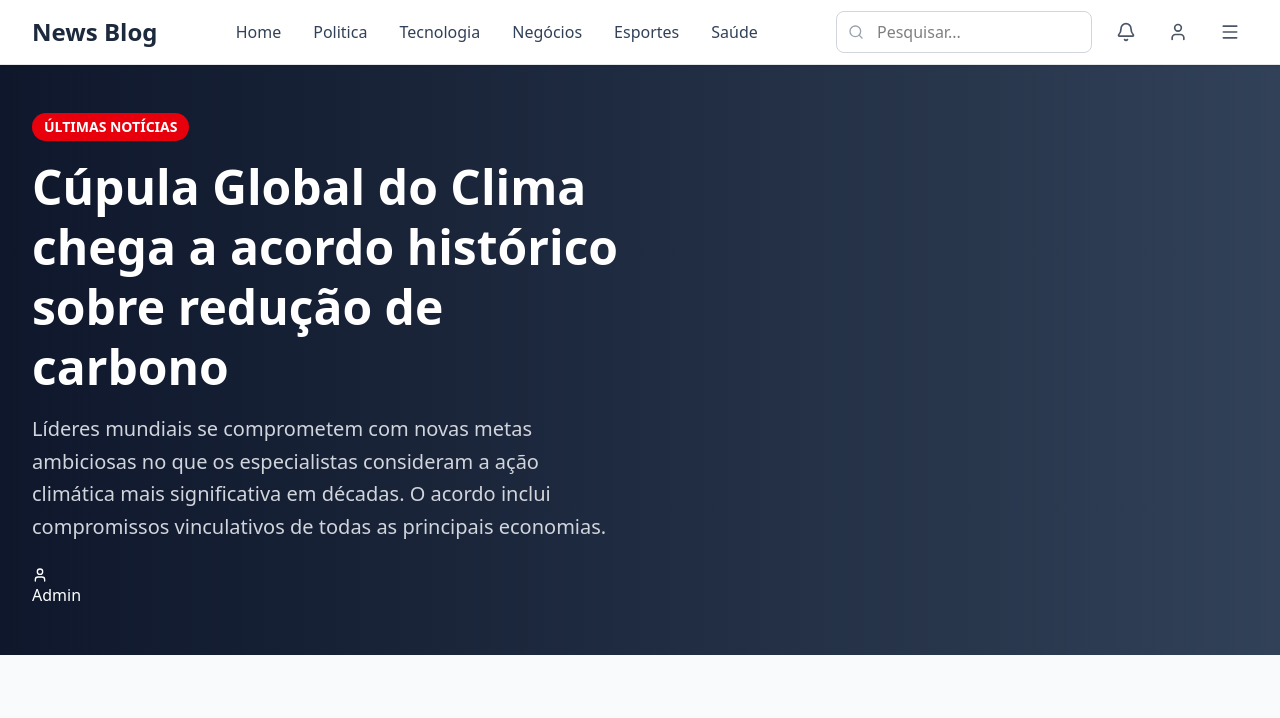
Repository: estevam02009/news-blog
Page: /
These files come from the project's save history. The page is drawn as it stood at one moment and after the next save; the edit follows.
The browser window is 1280 px wide. The pictures show the whole page.
The project was rebuilt for these pictures with package versions that can differ from the ones it lists, and the page was loaded fresh each time. Also part of the build but not shown: vite.config.ts.

Above is the page before, as saved 2025-08-08 18:35:07.

### index.html
<!doctype html>
<html lang="pt-BR">
  <head>
    <meta charset="UTF-8" />
    <link rel="icon" type="image/svg+xml" href="/vite.svg" />
    <meta name="viewport" content="width=device-width, initial-scale=1.0" />
    <title>News Blog</title>
  </head>
  <body>
    <div id="root"></div>
    <script type="module" src="/src/main.tsx"></script>
  </body>
</html>

### src/App.tsx
import Header from "./components/Header"
import Hero from "./components/Hero"

function App() {

  return (
    <div className="min-h-screen bg-gray-50">
      <Header />
      <Hero />
    </div>
  )
}

export default App

### src/components/Header.tsx
import React from 'react'
import { Search, Menu, Bell, User } from 'lucide-react'

const Header: React.FC = () => {
    return (
        <header className='bg-white shadow-sm border-b border-gray-200 sticky top-0 z-50'>
            <div className='max-w-7xl mx-auto px-4 sm:px-6 lg:px-8'>
                <div className='flex items-center justify-between h-16'>
                    {/* LOGO */}
                    <div className='flex items-center'>
                        <h1 className='text-2xl font-bold text-slate-800'>News Blog</h1>
                    </div>

                    {/* Desktop Navigation */}
                    <nav className='hidden md:flex items-center space-x-8'>
                        <a href='/' className='text-slate-700 hover:text-blue-600 font-medium transition-colors'>Home</a>
                        <a href='#' className='text-slate-700 hover:text-blue-600 font-medium transition-colors'>Politica</a>
                        <a href='#' className='text-slate-700 hover:text-blue-600 font-medium transition-colors'>Tecnologia</a>
                        <a href='#' className='text-slate-700 hover:text-blue-600 font-medium transition-colors'>Negócios</a>
                        <a href='#' className='text-slate-700 hover:text-blue-600 font-medium transition-colors'>Esportes</a>
                        <a href='#' className='text-slate-700 hover:text-blue-600 font-medium transition-colors'>Saúde</a>
                    </nav>

                    {/* Pesquisa e Ações */}
                    <div className='flex items-center space-x-4'>
                        <div className='relative hidden sm:block'>
                            <Search className='absolute top-1/2 left-3 transform -translate-y-1/2  h-4 w-4 text-gray-400' />
                            <input
                                type='text'
                                placeholder='Pesquisar...'
                                className='pl-10 pr-4 py-2 border border-gray-300 rounded-lg focus:ring-2 focus:ring-blue-500 focus:border-transparent w-64'
                            />
                        </div>
                        <button className='p-2 text-gray-600 hover:text-blue-600 transition-colors'>
                            <Bell className='h-5 w-5' />
                        </button>
                        <button className='p-2 text-gray-600 hover:text-blue-600 transition-colors'>
                            <User className='h-5 w-5' />
                        </button>
                        <button className='p-2 text-gray-600 hover:text-blue-600 transition-colors'>
                            <Menu className='h-5 w-5' />
                        </button>
                    </div>
                </div>
            </div>
        </header>
    )
}

export default Header

### src/components/Hero.tsx
import { User } from "lucide-react";
import React from "react";
// import { Clock, User } from "lucide-react";

const Hero: React.FC = () => {
    return (
        <section className="bg-gradient-to-r from-slate-900 to-slate-700 text-white py-12">
            <div className="max-w-7xl mx-auto px-4 sm:px-6 lg:px-8">
                <div className="grid grid-cols-1 lg:grid-cols-2 gap-8 items-center">
                    <div>
                        <span className="inline-block bg-red-600 text-white px-3 py-1 text-sm font-semibold rounded-full mb-4">
                            ÚLTIMAS NOTÍCIAS
                        </span>
                        <h1 className="text-4xl lg:text-5xl font-bold mb-4 leading-tight">
                            Cúpula Global do Clima chega a acordo histórico sobre redução de carbono
                        </h1>
                        <p className="text-xl text-gray-300 mb-6 leading-relaxed">
                            Líderes mundiais se comprometem com novas metas ambiciosas no que os especialistas consideram a ação climática mais significativa em décadas. O acordo inclui compromissos vinculativos de todas as principais economias.
                        </p>
                        <div>
                            <div>
                                <User className="h-4 w-4" />
                                <span>Admin</span>
                            </div>
                        </div>
                    </div>
                </div>
            </div>
        </section>
    );
};

export default Hero;

Loaded but not shown: src/main.tsx (common file); src/index.css (common file)

After the next save:
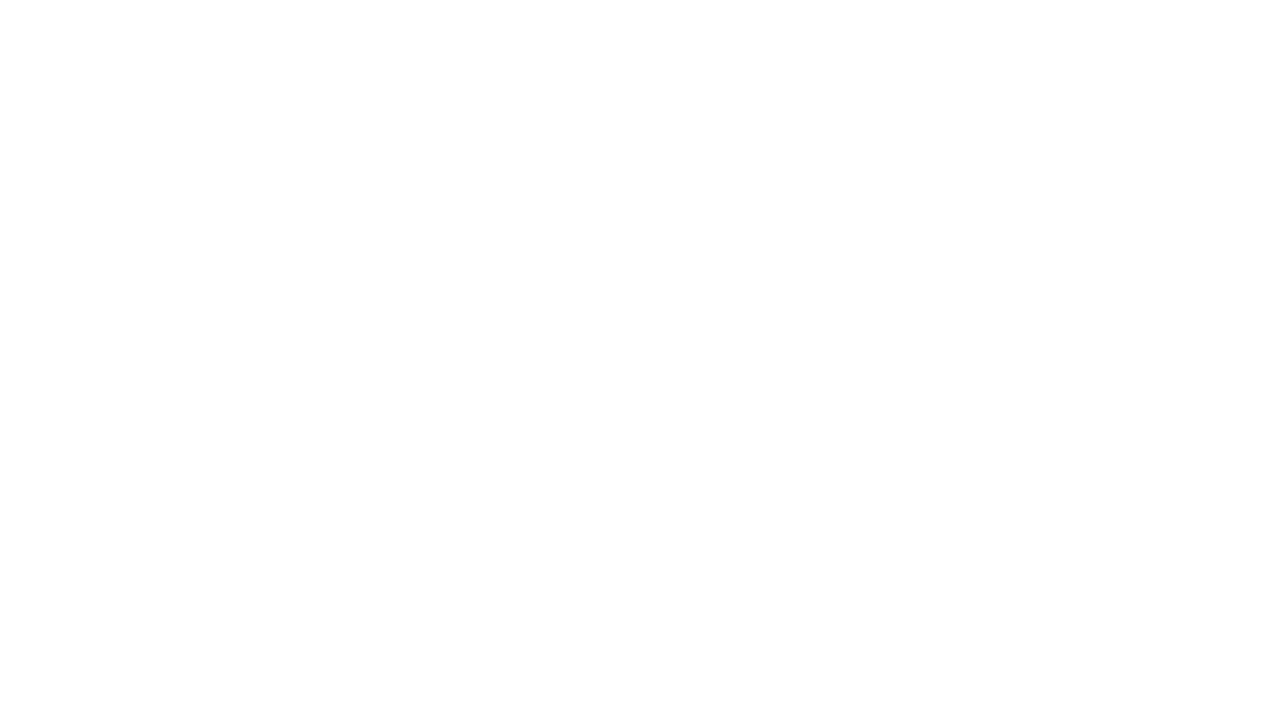
Console error: ReferenceError: Clock is not defined
Saved 77 s later.
--- a/src/components/Hero.tsx
+++ b/src/components/Hero.tsx
@@ -22,6 +22,10 @@ const Hero: React.FC = () => {
                                 <User className="h-4 w-4" />
                                 <span>Admin</span>
                             </div>
+                            <div className="flex items-center space-x-4 text-gray-300">
+                                <Clock className="h-4 w-4" />
+                                <span>2 horas atrás</span>
+                            </div>
                         </div>
                     </div>
                 </div>

After the save that followed:
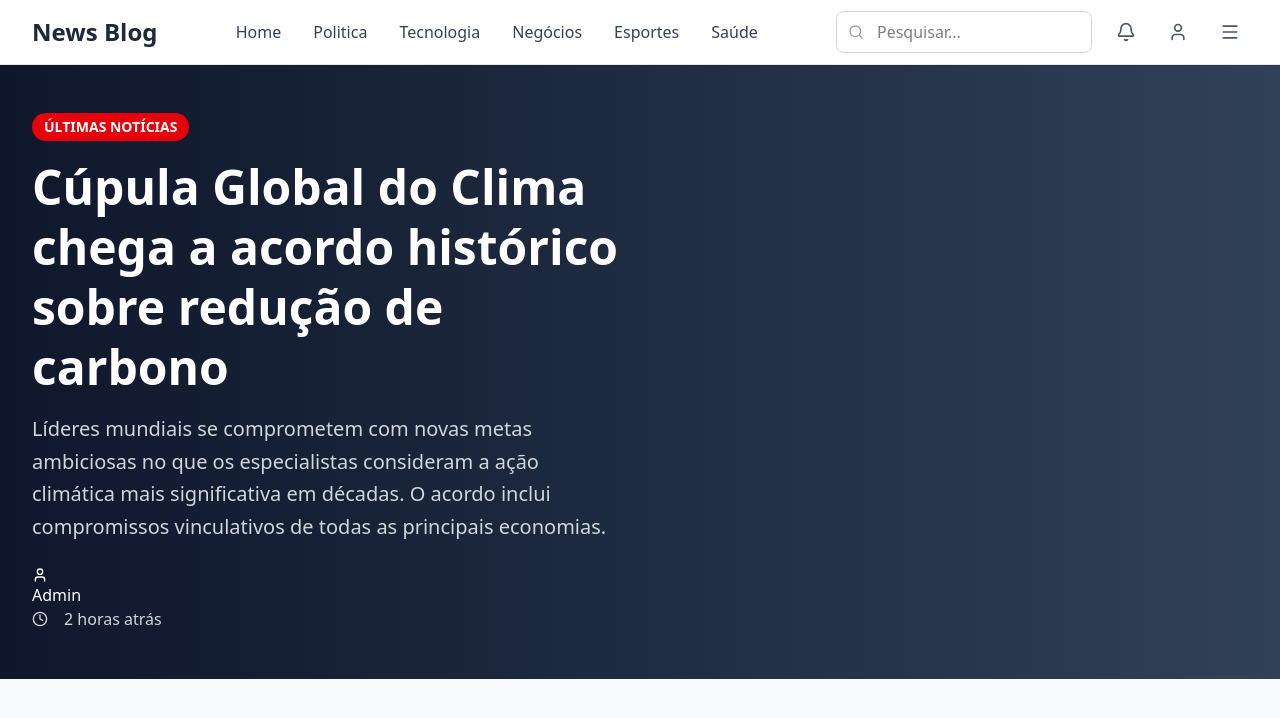
The error is gone.
Saved 8 s later.
--- a/src/components/Hero.tsx
+++ b/src/components/Hero.tsx
@@ -1,4 +1,4 @@
-import { User } from "lucide-react";
+import { Clock, User } from "lucide-react";
 import React from "react";
 // import { Clock, User } from "lucide-react";
 
